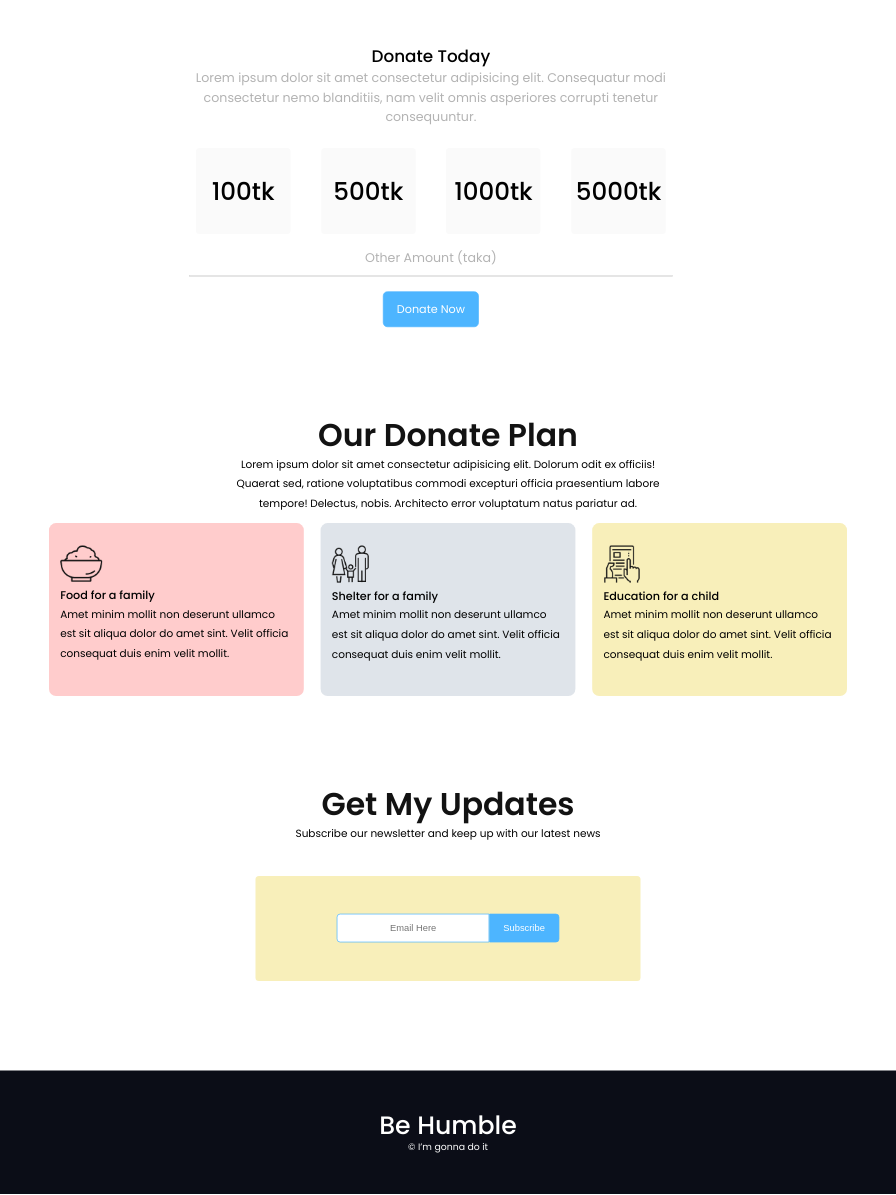
Repository: mdrubel02/donate-website
Page: index.html
The author's editor kept a copy of each file at every save. The page is drawn from the files as they stood at one save, then again after the next save.
The browser window is 1280 px wide. The pictures show the part of the page from y = 785 to 2705 px (the page is 2492 px tall before and 2705 px after), at 70% of full size.

Above is the page before, as saved 2022-07-06 20:40:22.

After the next save:
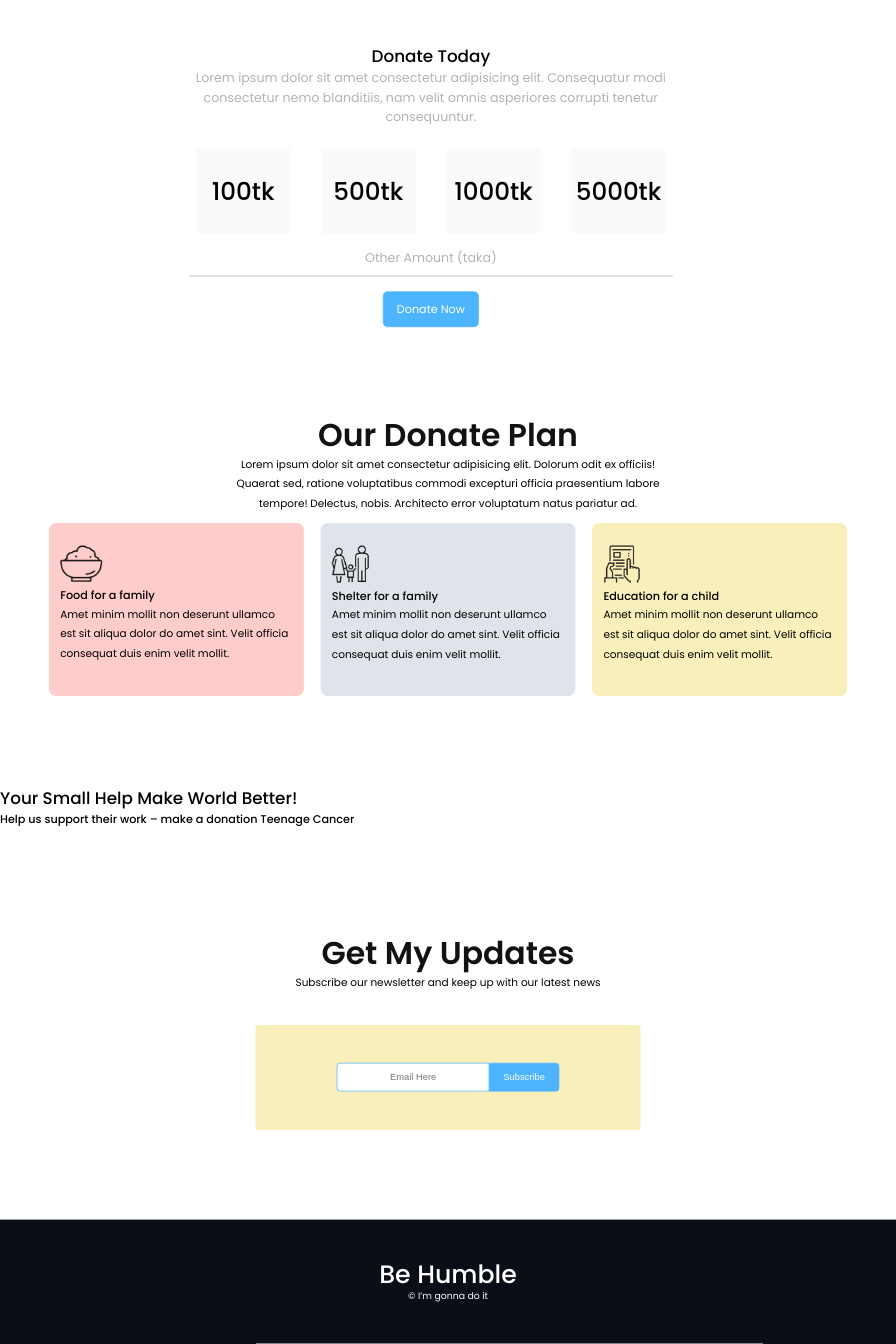
Saved 20 min 10 s later.
--- a/index.html
+++ b/index.html
@@ -77,6 +77,17 @@
             </div>
         </div>
     </section>
+    <section>
+        <div class="help-banner-section">
+            <div class="help-banner-left">
+                <h1>Your Small Help Make World Better!</h1>
+                <h4>Help us support their work – make a donation Teenage Cancer</h4>
+            </div>
+            <div class="help-banner-right">
+                <a href="">Donate Now</a>
+            </div>
+        </div>
+    </section>
 
     <!-- Update Section -->
     <section class="container">
